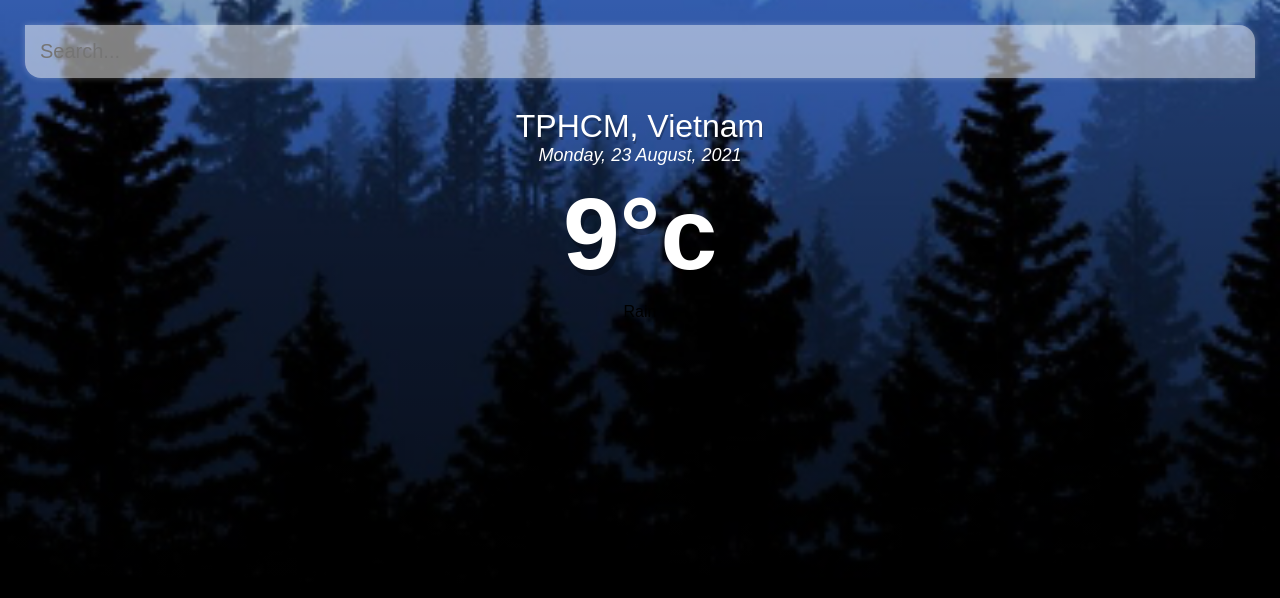
Repository: kate30980/weather-vuejs
Page: /
An editor plug-in stored every save of this project. The page is shown before and after the next save, followed by the edit.
The browser window is 1280 px wide. The pictures show the whole page.
The project was rebuilt for these pictures with package versions that can differ from the ones it lists, and the page was loaded fresh each time.

Above is the page before, as saved 2021-08-23 10:41:50.

After the next save:
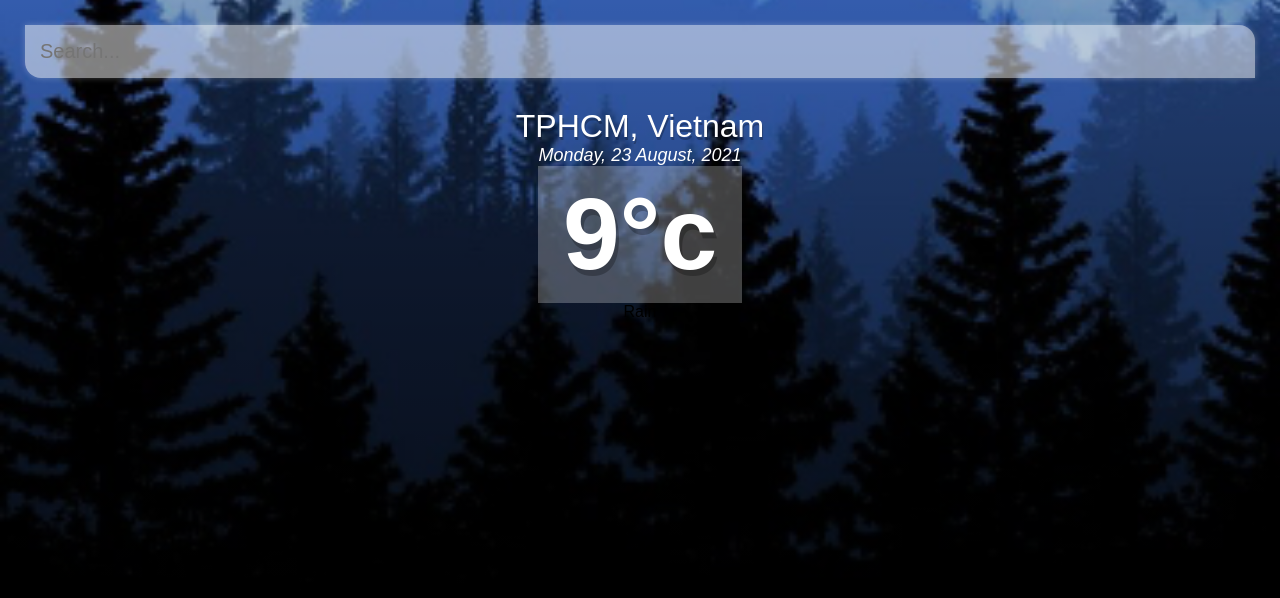
Saved 13 s later.
--- a/src/App.vue
+++ b/src/App.vue
@@ -102,5 +102,6 @@ main{
   font-weight: 900;
 
   text-shadow: 3px 6px rgba(0,0,0,0.25);
+  background-color: rgba(255,255,255,0.25);
 }
 </style>
